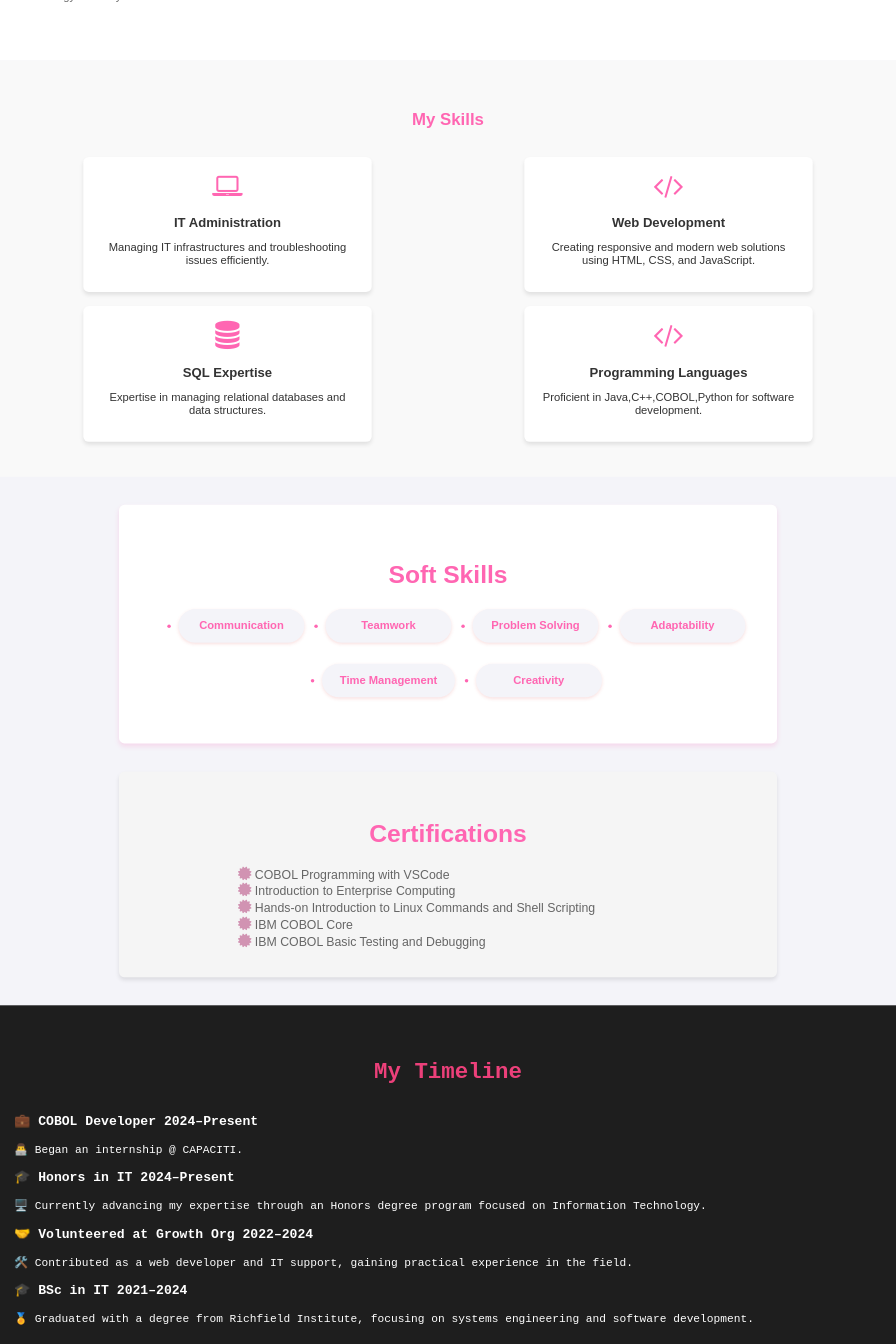
Repository: asandan8106/Asanda-sPortfolio
Page: Portfolio/About.html
An editor plug-in stored every save of this project. The page is shown before and after a run of saves, followed by the edit.
The browser window is 1280 px wide. The pictures show the part of the page from y = 793 to 2713 px (the page is 2906 px tall before and 3188 px after), at 70% of full size.

Above is the page before, as saved 2025-05-19 09:18:37.
Console error: ReferenceError: Typed is not defined

After the next 3 saves:
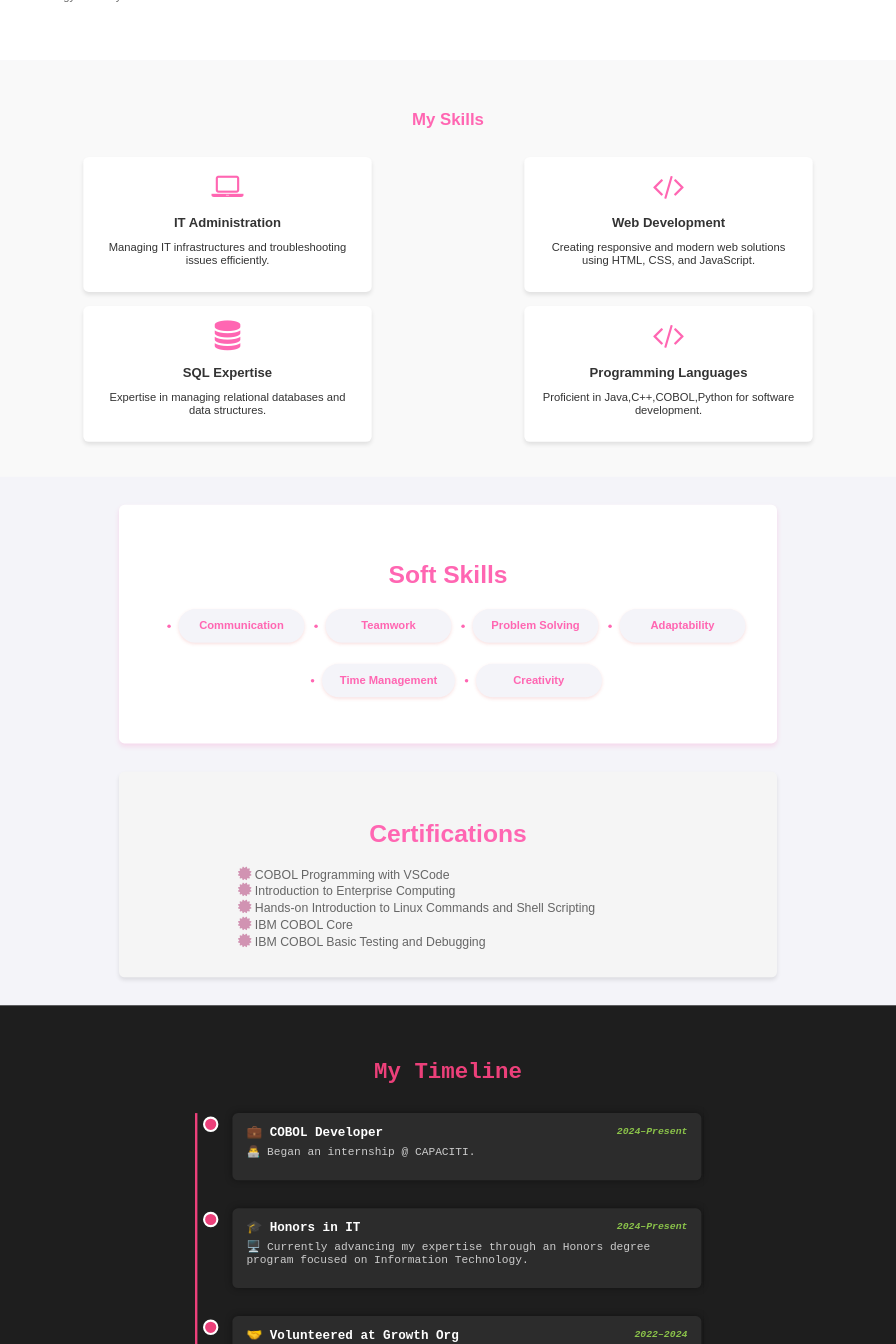
The 3 saves are shown as one change because they came seconds apart.
The last was saved 8 s later.
--- a/Portfolio/styles/CSS/about.css
+++ b/Portfolio/styles/CSS/about.css
@@ -356,91 +356,64 @@
 
 .timeline-section h2 {
   text-align: center;
+  font-size: 32px;
   margin-bottom: 40px;
-  font-size: 32px;
   color: #ec407a;
 }
 
-.timeline-container {
+.timeline-list {
   position: relative;
-  max-width: 900px;
+  max-width: 700px;
   margin: auto;
-}
-
-.timeline-container::after {
-  content: '';
+  padding-left: 20px;
+  border-left: 4px solid #ec407a;
+}
+
+.timeline-card {
+  position: relative;
+  margin-bottom: 40px;
+  padding-left: 30px;
+}
+
+.timeline-card .marker {
   position: absolute;
-  width: 4px;
-  background: #ec407a;
-  top: 0;
-  bottom: 0;
-  left: 50%;
-  transform: translateX(-50%);
-}
-
-.timeline-entry {
-  padding: 20px 40px;
-  position: relative;
-  width: 50%;
-}
-
-.timeline-entry .content {
-  background: #2c2c2c;
-  padding: 20px;
-  border-radius: 8px;
-  position: relative;
-  box-shadow: 0 0 10px rgba(0,0,0,0.5);
-}
-
-.timeline-entry.left {
-  left: 0;
-  text-align: right;
-}
-
-.timeline-entry.right {
-  left: 50%;
-  text-align: left;
-}
-
-.timeline-entry.left::before,
-.timeline-entry.right::before {
-  content: '';
-  position: absolute;
-  top: 20px;
-  width: 20px;
-  height: 20px;
+  left: -12px;
+  top: 5px;
+  width: 16px;
+  height: 16px;
   background: #ec407a;
   border: 3px solid white;
   border-radius: 50%;
-  z-index: 1;
-}
-
-.timeline-entry.left::before {
-  right: -10px;
-}
-
-.timeline-entry.right::before {
-  left: -10px;
-}
-
-.timeline-entry h3 {
+}
+
+.timeline-card .content {
+  background: #2c2c2c;
+  padding: 15px 20px;
+  border-radius: 8px;
+  box-shadow: 0 0 10px rgba(0,0,0,0.4);
+}
+
+.timeline-card h3 {
   margin: 0;
   font-size: 18px;
   color: #ffffff;
-}
-
-.timeline-entry .date {
+  display: flex;
+  justify-content: space-between;
+  align-items: center;
+}
+
+.timeline-card h3 span {
   font-size: 14px;
+  font-style: italic;
   color: #8bc34a;
-  font-style: italic;
-  margin-left: 10px;
-}
-
-.timeline-entry p {
-  margin-top: 10px;
+}
+
+.timeline-card p {
+  margin-top: 8px;
+  color: #ccc;
   font-size: 16px;
-  color: #ccc;
-}
+}
+
 
         /* Footer */
         footer {
